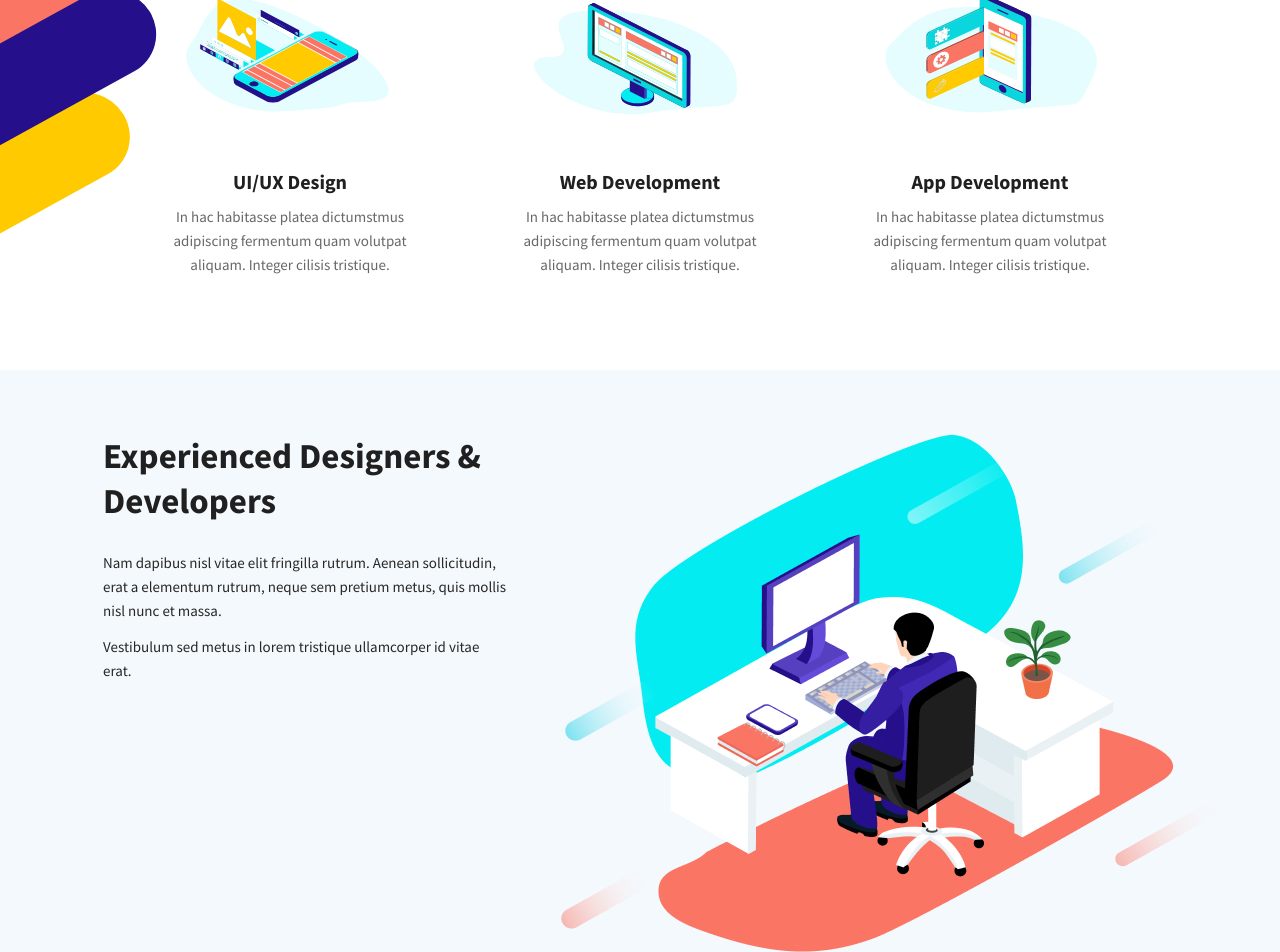
Repository: advert31337/marafon_from0to1_MartaUP
Page: index.html
The author's editor kept a copy of each file at every save. The page is drawn from the files as they stood at one save, then again after the next save.
The browser window is 1280 px wide. The pictures show the part of the page from y = 1001 to 1953 px (the page is 1953 px tall).

Above is the page before, as saved 2020-03-08 10:14:33.

After the next save:
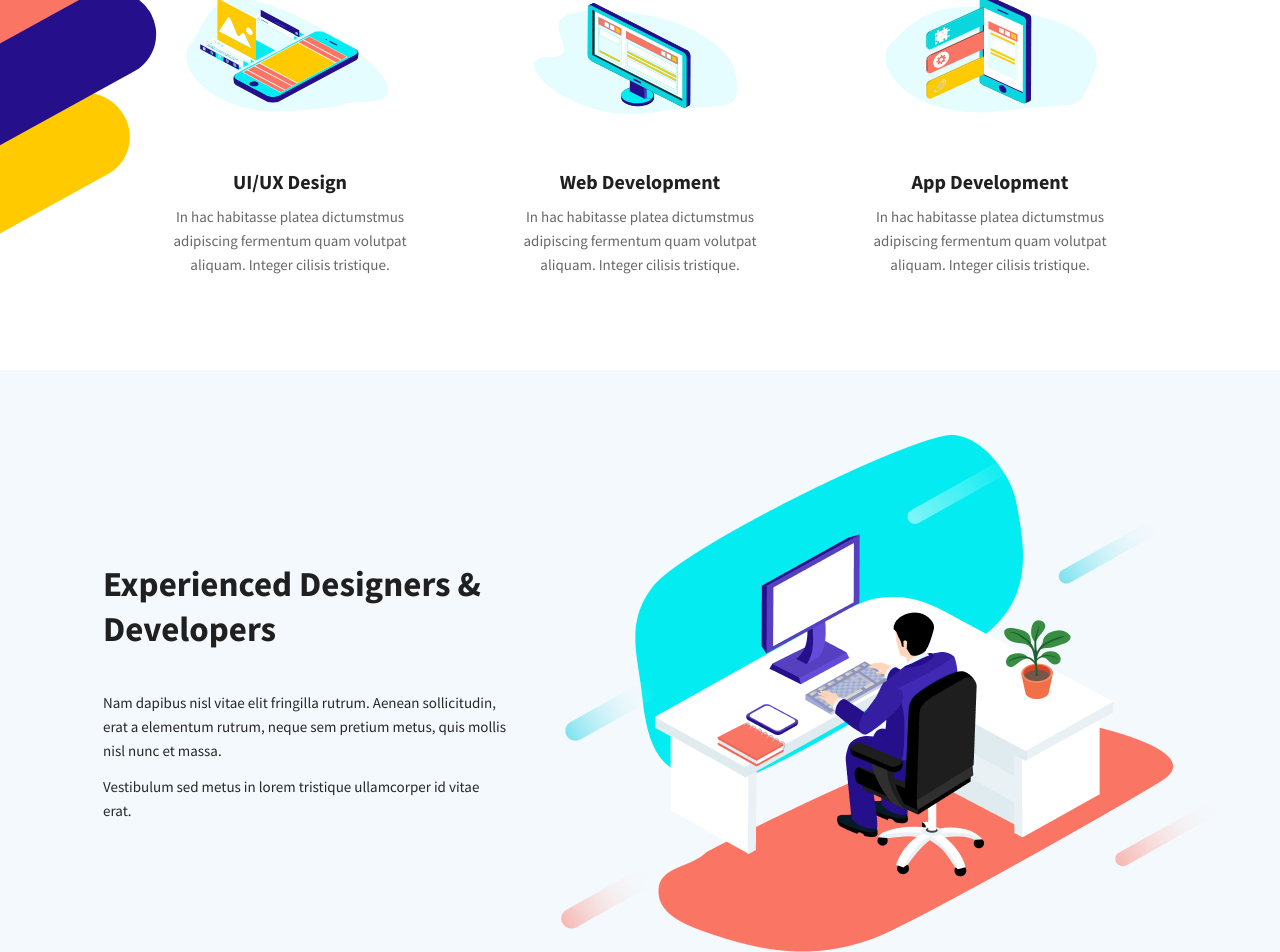
Saved 2 min 7 s later.
--- a/css/style.css
+++ b/css/style.css
@@ -192,14 +192,14 @@ a {
 }
 .advantages-box__info {
     max-width: 455px;
+    padding-top: 60px;
 }
 .advantages-box__title {
     color: #202020;
     font-size: 35px;
     line-height: 45px;
     font-weight: 700;
-    padding-bottom: 15px;
-    padding-left: 48px;
+    padding: 68px 0 27px 48px;
 
 }
 .advantages-box__text {
